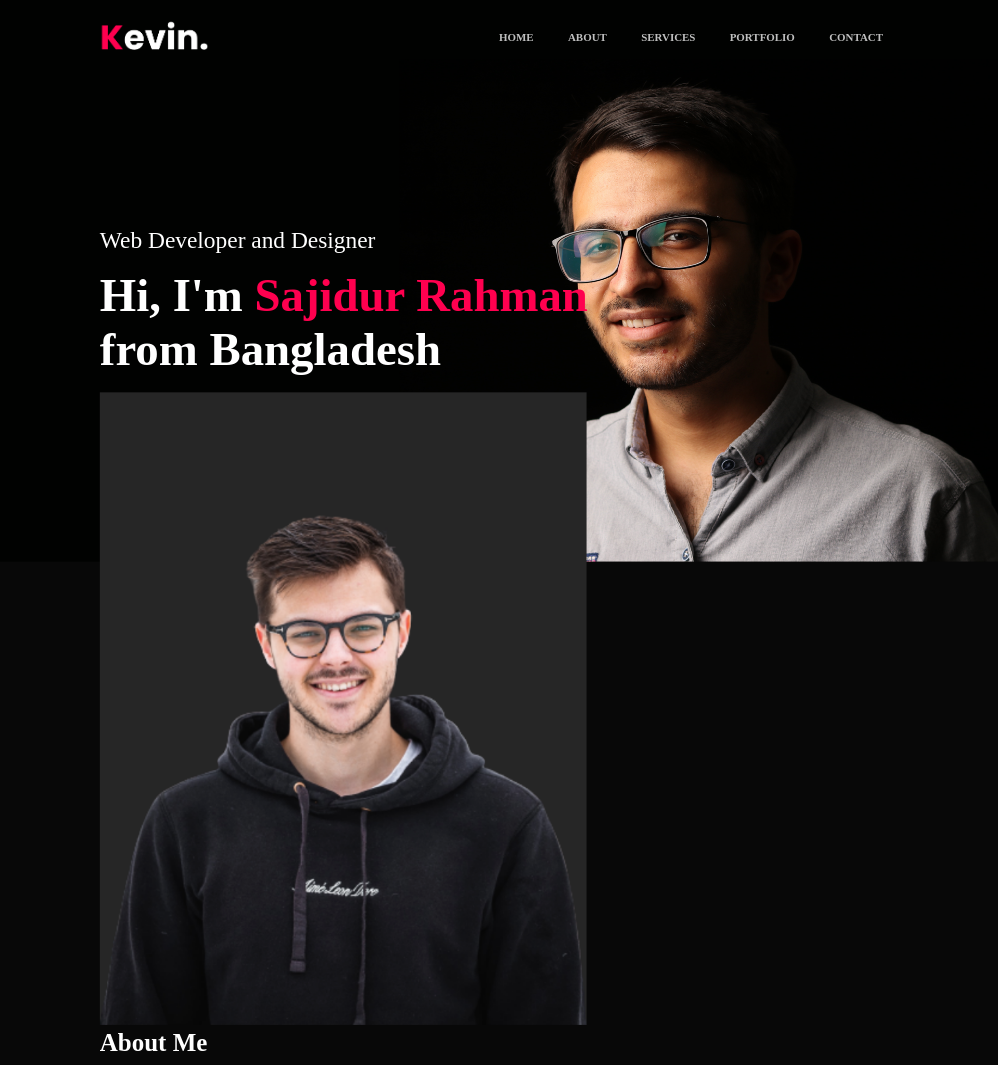
Repository: devsajid/Portfolio-website-with-HTML-CSS-JS
Page: index.html
The author's editor kept a copy of each file at every save. The page is drawn from the files as they stood at one save, then again after a run of saves.
The browser window is 1280 px wide. The pictures show the whole page, at 78% of full size.

Above is the page before, as saved 2022-12-11 05:05:56.

### index.html
<!DOCTYPE html>
<html lang="en">
  <head>
    <meta charset="UTF-8" />
    <meta http-equiv="X-UA-Compatible" content="IE=edge" />
    <meta name="viewport" content="width=device-width, initial-scale=1.0" />
    <link rel="stylesheet" href="style.css" />
    <title>My Portfolio Website</title>
  </head>
  <body>
    <div id="header">
      <div class="container">
        <nav>
          <img src="images/logo.png" class="logo" alt="logo" />
          <ul>
            <li><a href="#" class="nav-link nav-link-ltr"> Home</a></li>
            <li><a href="#" class="nav-link nav-link-ltr"> About</a></li>
            <li><a href="#" class="nav-link nav-link-ltr"> Services</a></li>
            <li><a href="#" class="nav-link nav-link-ltr"> Portfolio</a></li>
            <li><a href="#" class="nav-link nav-link-ltr"> Contact</a></li>
          </ul>
        </nav>
        <div class="header-text">
          <p>Web Developer and Designer</p>
          <h1>
            Hi, I'm <span> Sajidur Rahman</span> <br />
            from Bangladesh
          </h1>
        </div>
      </div>
      <!-- About section -->
      <div id="about">
        <div class="container">
          <div class="row">
            <div class="about-col-1">
              <img src="images/user.png" alt="user" />
            </div>
            <div class="about-col-2"><h1>About Me</h1></div>
          </div>
        </div>
      </div>
    </div>
  </body>
</html>

### style.css
* {
  margin: 0;
  padding: 0;
  font-family: sen-serif;
  box-sizing: border-box;
}
body {
  background: #080808;
  color: #fff;
}
#header {
  width: 100%;
  height: 100vh;
  background-image: url(images/background.png);
  background-size: cover;
  background-position: center;
}
.container {
  padding: 10px 10%;
}
nav {
  display: flex;
  align-items: center;
  justify-content: space-between;
  flex-wrap: wrap;
}
.logo {
  width: 140px;
}
nav ul li {
  display: inline-block;
  list-style: none;
  margin: 10px 20px;
}
.nav-link {
  font-weight: bold;
  font-size: 14px;
  text-transform: uppercase;
  text-decoration: none;
  color: #fff;
  padding: 20px 0px;

  display: inline-block;
  position: relative;
  opacity: 0.75;
}

.nav-link:hover {
  opacity: 1;
}

.nav-link::before {
  transition: 300ms;
  height: 5px;
  content: "";
  position: absolute;
  background-color: #ff004f;
}

.nav-link-ltr::before {
  width: 0%;
  bottom: 10px;
}

.nav-link-ltr:hover::before {
  width: 100%;
}
.header-text {
  margin-top: 20%;
  font-size: 30px;
}
.header-text h1 {
  font-size: 60px;
  margin-top: 20px;
}
.header-text h1 span {
  color: #ff004f;
}
/* About section */
#about {
  padding: ;
}

After the next 2 saves:
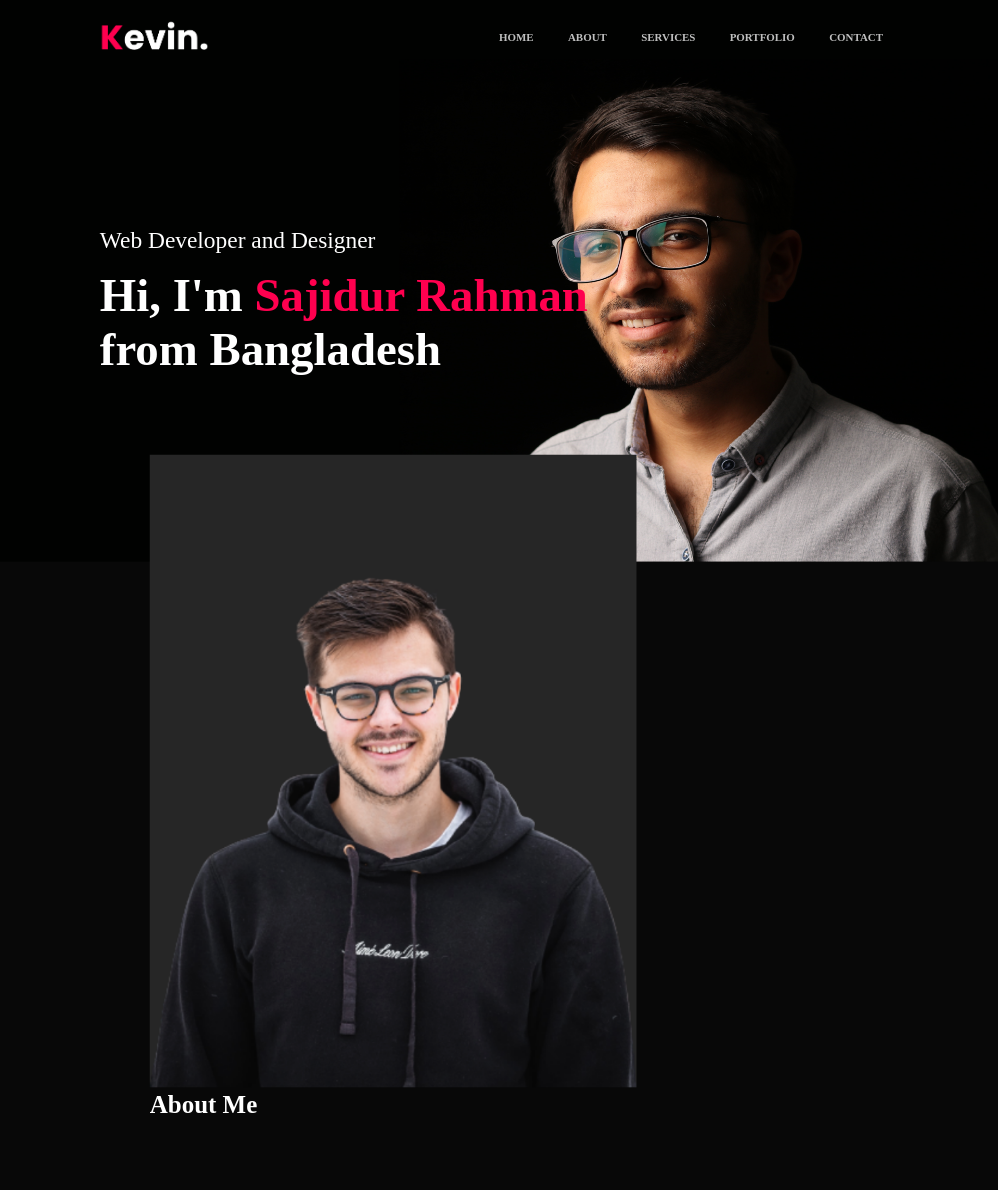
The 2 saves are shown as one change because they came seconds apart.
The last was saved 6 s later.
--- a/style.css
+++ b/style.css
@@ -78,5 +78,5 @@ nav ul li {
 }
 /* About section */
 #about {
-  padding: ;
+  padding: 80px;
 }
